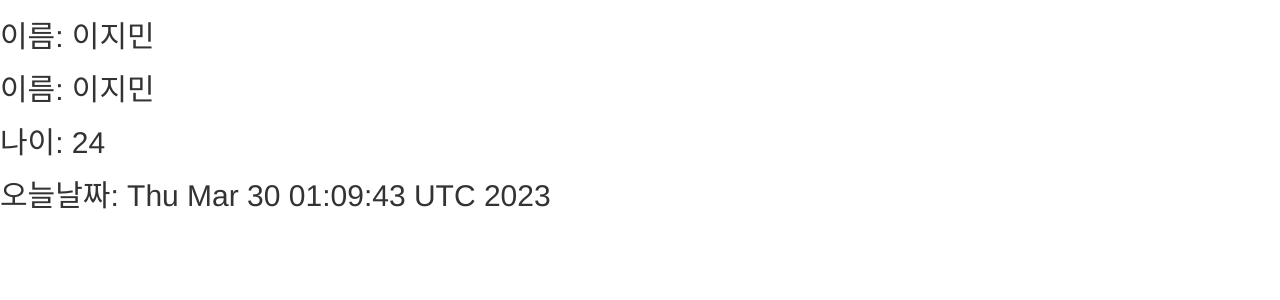
Repository: jungbee2/jungproject
Page: http://localhost/JstlProject/day0330/ex2_jstl_format.jsp
An editor plug-in stored every save of this project. The page is shown before and after a run of saves, followed by the edit.
The browser window is 1280 px wide. The pictures show the whole page.
Some web fonts or font styles are not loaded; a fallback is used. The page is served by Tomcat 9.

Above is the page before, as saved 2023-03-30 01:29:17.

After the next 2 saves:
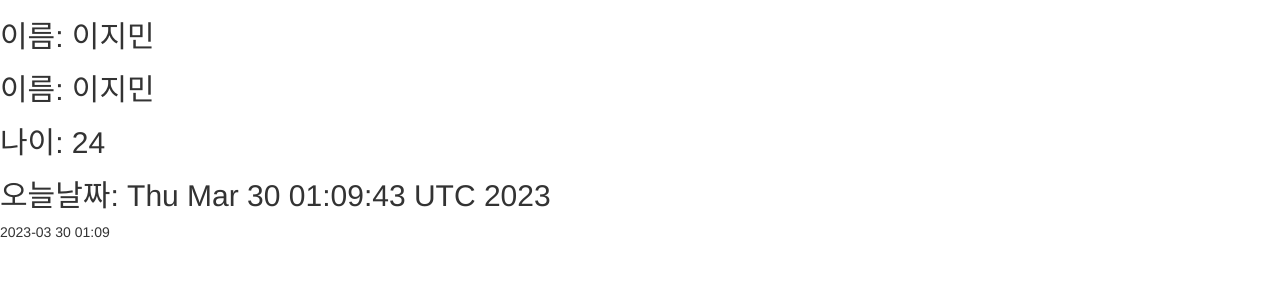
The 2 saves are shown as one change because 1 did not build or start.
The last was saved 46 s later.
--- a/JstlProject/src/main/webapp/day0330/ex2_jstl_format.jsp
+++ b/JstlProject/src/main/webapp/day0330/ex2_jstl_format.jsp
@@ -30,5 +30,9 @@
 <h2>이름: ${name }</h2>
 <h2>나이: ${age }</h2>
 <h2>오늘날짜: ${today }</h2>
+
+<!-- pattern을 이용한 fmt날짜 형식 -->
+<fmt:formatDate value="${today }" pattern="yyyy-MM dd HH:mm"/>
+
 </body>
 </html>
